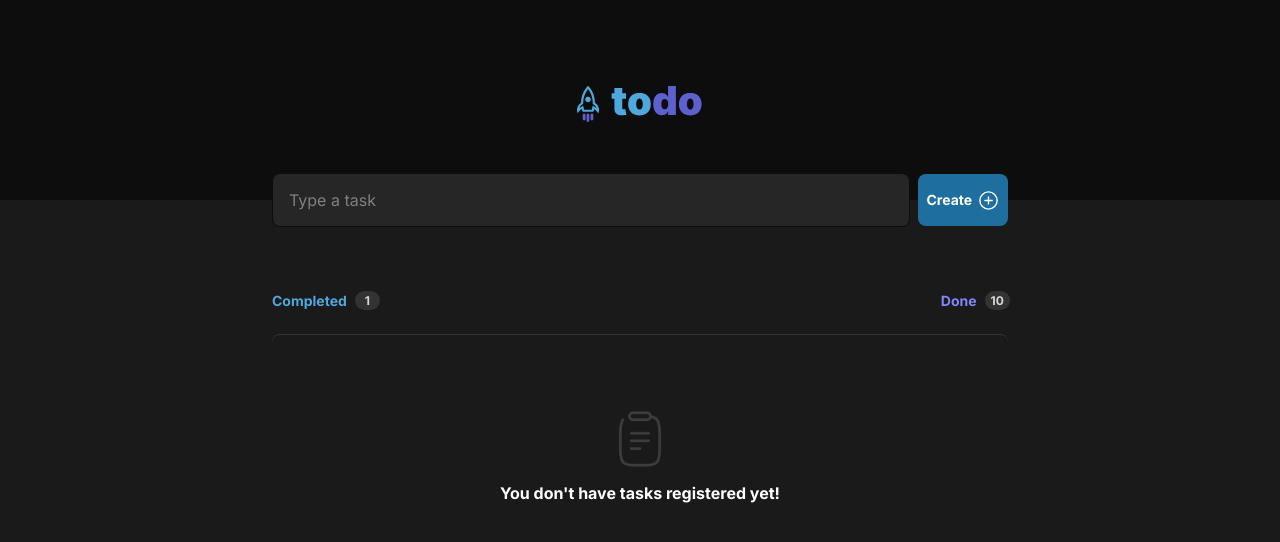
Repository: JoseGu1llardi/to-do-list-D01
Page: /
The author's editor kept a copy of each file at every save. The page is drawn from the files as they stood at one save, then again after the next save.
The browser window is 1280 px wide. The pictures show the whole page.
The project was rebuilt for these pictures with package versions that can differ from the ones it lists, and the page was loaded fresh each time. Also part of the build but not shown: vite.config.ts.

Above is the page before, as saved 2023-03-11 19:08:55.

### index.html
<!DOCTYPE html>
<html lang="en">
  <head>
    <meta charset="UTF-8" />

    <link rel="preconnect" href="https://fonts.googleapis.com" />
    <link rel="preconnect" href="https://fonts.gstatic.com" crossorigin />

    <link
      href="https://fonts.googleapis.com/css2?family=Inter:wght@400;700&display=swap"
      rel="stylesheet"
    />

    <link rel="icon" type="image/svg+xml" href="/vite.svg" />
    <meta name="viewport" content="width=device-width, initial-scale=1.0" />
    <title>Vite + React + TS</title>
  </head>
  <body>
    <div id="root"></div>
    <script type="module" src="/src/main.tsx"></script>
  </body>
</html>

### src/App.tsx
import { Header } from "./components/Header"

import styles from './App.module.css';

import "./global.css"
import { Input } from "./components/Input";
import { Button } from "./components/Button";
import { Tasks } from "./components/Tasks";

function App() {
  return (
    <>
      <Header />

      <div className={styles.newTaskContainer}>
        <Input />
        <Button />
      </div>

      <div className={styles.tasksContainer}>
        <Tasks />
      </div>
    </>
  )
}

export default App

### src/components/Header/index.tsx
import Logo from '../../assets/Logo (1).svg'

import styles from './styles.module.css';

export function Header() {
    return (
        <header className={styles.container}>
            <img src={Logo} />
        </header>
    )
}

### src/App.module.css
.newTaskContainer {
  display: flex;
  flex-direction: row;
  align-items: center;
  padding: 0px;
  gap: 8px;

  position: absolute;
  width: 46rem;
  height: 3.375rem;
  left: calc(50% - 736px / 2);
  top: 10.8125rem;
}

.tasksContainer {
  display: flex;
  flex-direction: column;
  align-items: flex-start;
  padding: 0px;
  gap: 24px;

  position: absolute;
  width: 736px;
  height: 287px;
  left: calc(50% - 736px / 2);
  top: 291px;
}

### src/global.css
:root {
  // Base
  --gray-100: #f2f2f2;
  --gray-200: #d9d9d9;
  --gray-300: #808080;
  --gray-400: #333333;
  --gray-500: #262626;
  --gray-600: #1a1a1a;
  --gray-700: #0d0d0d;

  --danger: #e25858;

  // Product
  --purple: #8284fa;
  --dark-purple: #5e60ce;
  --blue: #4ea8de;
  --dark-blue: #1e6f9f;
}

* {
  margin: 0;
  padding: 0;
  box-sizing: border-box;
}

body {
  color: #fff;
  background: var(--gray-600);

  width: 100%;
  height: 100%;
  max-height: 1024px;
  position: relative;
}

body,
input,
textarea,
button {
  font-family: "Inter", sans-serif;
  font-weight: 400;
  font-size: 1rem;
}

### src/components/Input/index.tsx
import styles from './styles.module.css';

export function Input() {
    return (
        <input
            type="text"
            className={styles.input}
            placeholder='Type a task'
        />
    )
}

### src/components/Button/index.tsx
import { PlusCircle } from '@phosphor-icons/react'

import styles from './styles.module.css';

export function Button() {
    return (
        <button className={styles.button}>
            <span>Create</span>
            <PlusCircle size={23} />
        </button>
    )
}

### src/components/Tasks/index.tsx
import Clipboard from '../../assets/Clipboard.svg';

import styles from './styles.module.css';

export function Tasks() {
    return (
        <>
            <section className={styles.info}>

                <div className={styles.created}>
                    <span>Completed</span>
                    <div className={styles.counter}>
                        <p>1</p>
                    </div>
                </div>

                <div className={styles.done}>
                    <span>Done</span>
                    <div className={styles.counter}>
                        <p>10</p>
                    </div>
                </div>

            </section>

            <section className={styles.tasks}>
                <img src={Clipboard} alt="" />
                <strong>You don't have tasks registered yet!</strong>
            </section>
        </>
    )
}

### src/components/Header/styles.module.css
.container {
  position: absolute;
  height: 12.5rem;
  max-width: 100%;
  left: 0;
  right: 0;
  top: 0;

  display: flex;
  align-items: center;
  justify-content: center;

  background: var(--gray-700);
}

.container img {
  position: absolute;
  width: 7.875rem;
  height: 3rem;
}

### src/components/Input/styles.module.css
.input {
  box-sizing: border-box;

  display: flex;
  flex-direction: row;
  align-items: center;
  padding: 16px;
  gap: 8px;

  width: 638px;
  height: 54px;

  background: var(--gray-500);
  color: #fff;

  border: 1px solid var(--gray-700);
  border-radius: 8px;

  flex: none;
  order: 0;
  flex-grow: 1;
}

.input::placeholder {
  color: var(--gray-300);
}

### src/components/Button/styles.module.css
.button {
  width: 90px;
  height: 52px;

  display: flex;
  flex-direction: row;
  align-items: center;
  justify-content: center;
  gap: 16px;

  border: 0;
  border-radius: 8px;

  background: var(--dark-blue);
  color: white;
}

.button span {
  width: 34px;
  height: 20px;

  font-weight: 700;
  font-size: 14px;
  line-height: 140%;

  color: var(--gray-100);

  flex: none;
  order: 0;
  flex-grow: 0;
}

.button img {
  width: 16px;
  height: 16px;

  flex: none;
  order: 1;
  flex-grow: 0;
}

### src/components/Tasks/styles.module.css
.info {
  display: flex;
  flex-direction: row;
  justify-content: space-between;
  align-items: flex-end;
  padding: 0px;
  gap: 561px;

  width: 736px;
  height: 19px;

  flex: none;
  order: 0;
  align-self: stretch;
  flex-grow: 0;
}

.created {
  display: flex;
  flex-direction: row;
  align-items: center;
  padding: 0px;
  gap: 8px;

  width: 139px;
  height: 19px;

  order: 0;
  flex-grow: 0;
}

.created span {
  font-family: "Inter";
  font-style: normal;
  font-weight: 700;
  font-size: 14px;
  line-height: 17px;

  color: var(--blue);

  flex: none;
  order: 0;
  flex-grow: 0;
}

.counter {
  display: flex;
  flex-direction: row;
  justify-content: center;
  align-items: center;
  padding: 2px 8px;
  gap: 10px;

  width: 25px;
  height: 19px;

  background: #333333;
  border-radius: 999px;

  order: 1;
  flex-grow: 0;
}

.counter p {
  font-style: normal;
  font-weight: 700;
  font-size: 12px;
  line-height: 15px;

  color: var(--gray-200);

  order: 1;
  flex-grow: 0;
}

.done {
  display: flex;
  flex-direction: row;
  align-items: center;
  padding: 0px;
  gap: 8px;

  width: 111px;
  height: 19px;
  right: -200;

  order: 1;
  flex-grow: 0;
}

.done span {
  font-family: "Inter";
  font-style: normal;
  font-weight: 700;
  font-size: 14px;
  line-height: 17px;

  color: #8284fa;

  flex: none;
  order: 0;
  flex-grow: 0;
}

.tasks {
  box-sizing: border-box;

  display: flex;
  flex-direction: column;
  justify-content: center;
  align-items: center;
  padding: 64px 24px;
  gap: 16px;

  width: 736px;
  height: 244px;

  border-top: 1px solid #333333;
  border-radius: 8px;

  flex: none;
  order: 1;
  align-self: stretch;
  flex-grow: 0;
}

.tasks img {
  width: 56px;
  height: 56px;

  flex: none;
  order: 0;
  flex-grow: 0;
}

Loaded but not shown: src/main.tsx (common file)

After the next save:
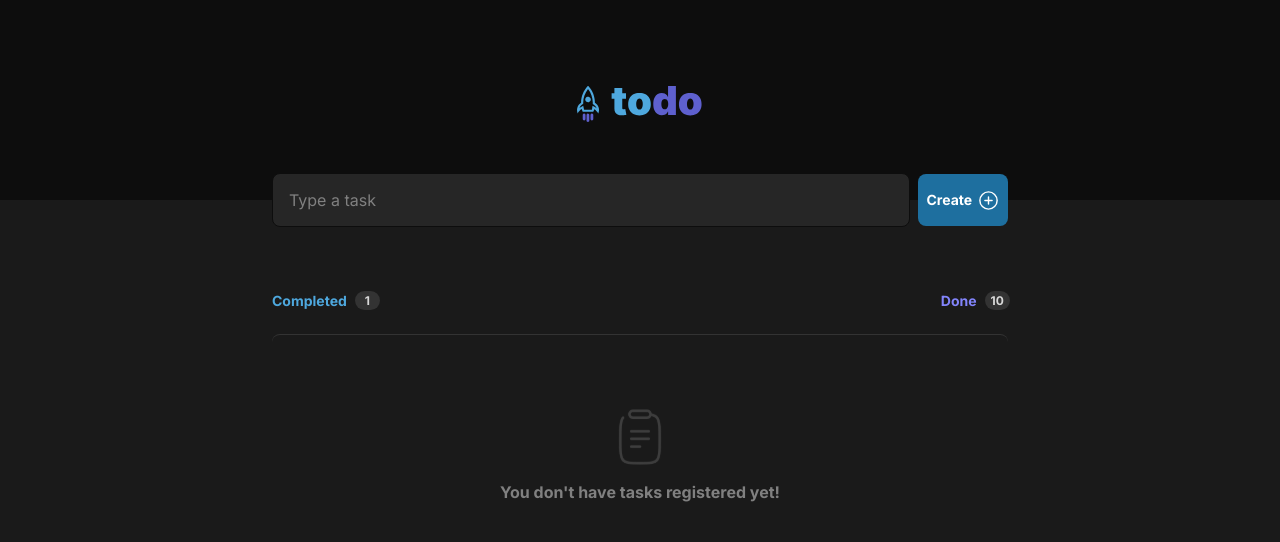
Saved 61 s later.
--- a/src/components/Tasks/styles.module.css
+++ b/src/components/Tasks/styles.module.css
@@ -132,3 +132,24 @@
   order: 0;
   flex-grow: 0;
 }
+
+.tasks strong {
+  font-style: normal;
+  font-weight: 700;
+  font-size: 16px;
+  line-height: 140%;
+  /* or 22px */
+
+  text-align: center;
+
+  /* Gray 300 */
+
+  color: #808080;
+
+  /* Inside auto layout */
+
+  flex: none;
+  order: 1;
+  align-self: stretch;
+  flex-grow: 0;
+}
